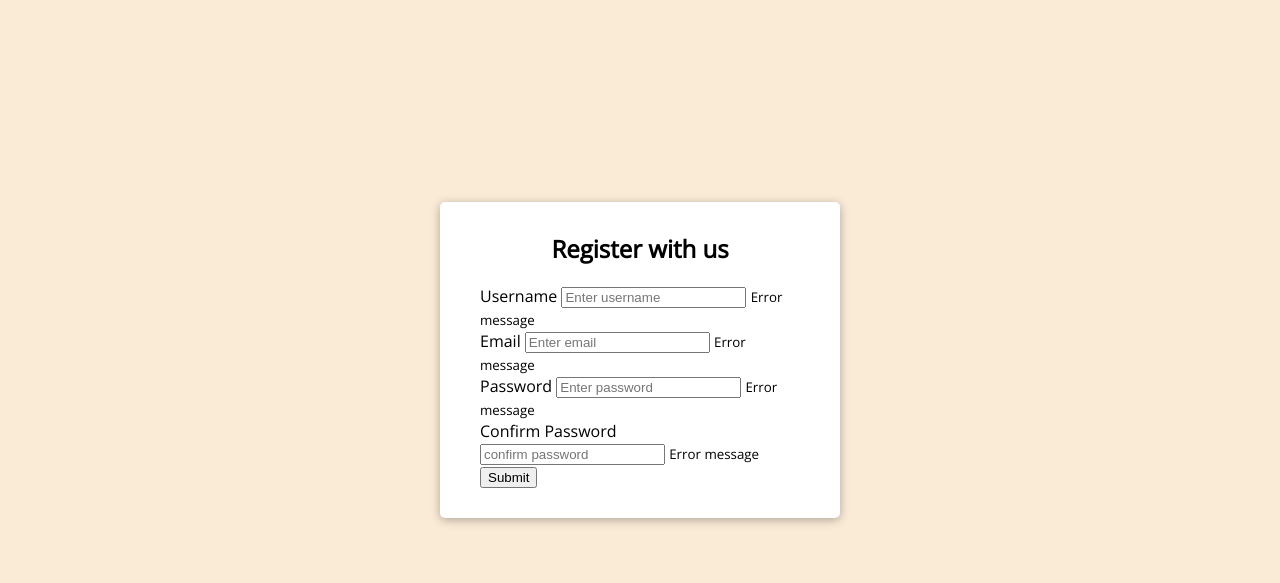
Repository: Azariagmt/Vanilla-javascript
Page: Form-Validator/index.html
These files come from the project's save history. The page is drawn as it stood at one moment and after a run of saves; the edit follows.
The browser window is 1280 px wide. The pictures show the whole page.

Above is the page before, as saved 2020-04-20 09:39:15.

### Form-Validator/index.html
<!DOCTYPE html>
<!--[if lt IE 7]>      <html class="no-js lt-ie9 lt-ie8 lt-ie7"> <![endif]-->
<!--[if IE 7]>         <html class="no-js lt-ie9 lt-ie8"> <![endif]-->
<!--[if IE 8]>         <html class="no-js lt-ie9"> <![endif]-->
<!--[if gt IE 8]><!--> <html class="no-js"> <!--<![endif]-->
    <head>
        <meta charset="utf-8">
        <meta http-equiv="X-UA-Compatible" content="IE=edge">
        <title>Form Validator</title>
        <meta name="description" content="">
        <meta name="viewport" content="width=device-width, initial-scale=1">
        <link rel="stylesheet" href="style.css">
    </head>
    <body>
        <!--[if lt IE 7]>
            <p class="browsehappy">You are using an <strong>outdated</strong> browser. Please <a href="#">upgrade your browser</a> to improve your experience.</p>
        <![endif]-->

        <div class="container">
            <form action="" id="form" class="form">
                <h2> Register with us   </h2>
                <div class="form-control">
                    <label for="username">Username</label>
                    <input type="text" id="username" placeholder="Enter username">
                    <small> Error message</small>
                </div>
                <div class="form-control">
                    <label for="email">Email</label>
                    <input type="text" id="email" placeholder="Enter email">
                    <small> Error message</small>
                </div>
                <div class="form-control">
                    <label for="password">Password</label>
                    <input type="password" id="password" placeholder="Enter password">
                    <small> Error message</small>
                </div>
                <div class="form-control">
                    <label for="confirm">Confirm Password</label>
                    <input type="password" id="confirm" placeholder="confirm password">
                    <small> Error message</small>
                </div>
                <button>Submit</button>
            </form>
        </div>
        <script src="script.js" async defer></script>
    </body>
</html>

### Form-Validator/style.css
@import url('https://fonts.googleapis.com/css2?family=Open+Sans:wght@300&display=swap');

*{
    box-sizing: border-box;
}

body{
    background-color: antiquewhite;
    font-family: 'Open Sans', sans-serif;
    display: flex;
    align-items: center;
    justify-content: center;
    min-height: 100vh;
    margin: 0;
}

.container{
    background-color:white;
    border-radius: 5px;
    box-shadow: 0 2px 10px rgba(0, 0, 0, .3);
    width: 400px;
}

h2{
    text-align: center;
    margin: 0 0 20px;
}

.form{
    padding: 30px 40px;
}

Loaded but not shown: Form-Validator/script.js (no copy from this time; the picture is the same without it)

After the next 5 saves:
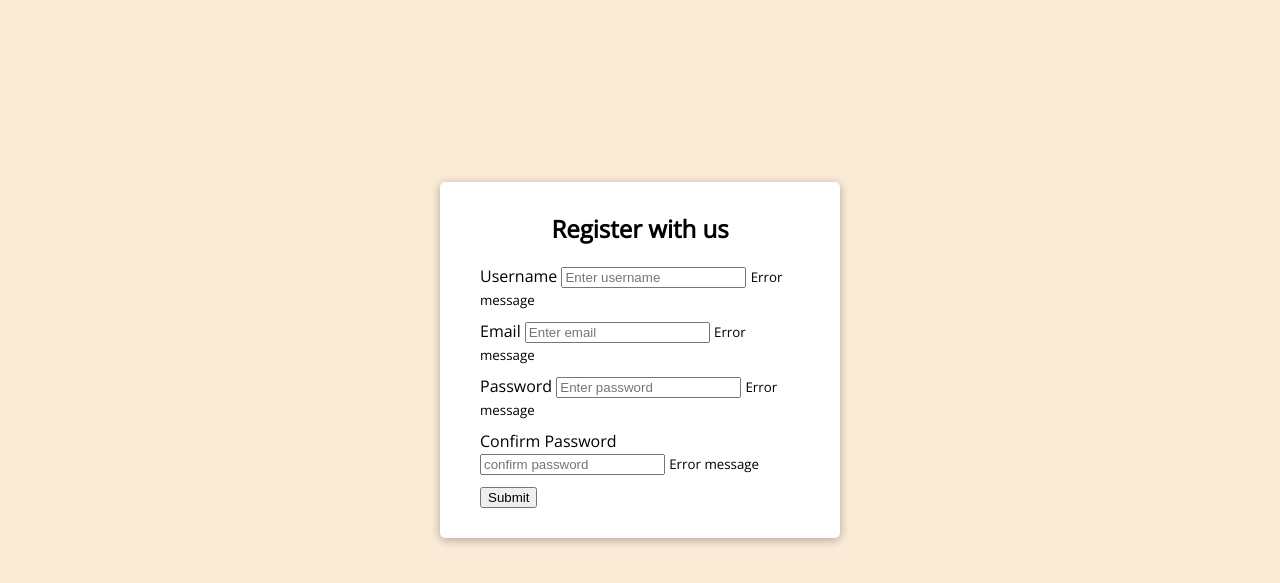
The 5 saves are shown as one change because they came seconds apart.
The last was saved 84 s later.
--- a/Form-Validator/style.css
+++ b/Form-Validator/style.css
@@ -29,3 +29,8 @@ h2{
 .form{
     padding: 30px 40px;
 }
+
+.form-control{
+    margin-bottom: 10px;
+    padd
+}
